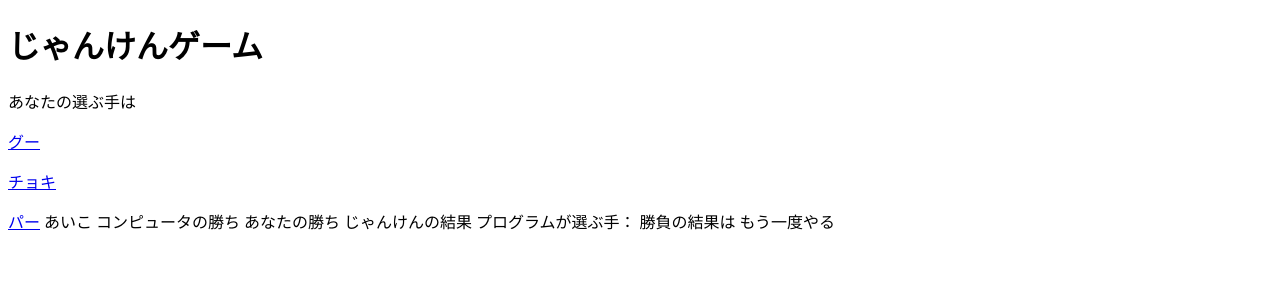
Repository: jh0612/2021_Azure_study
Page: Demoforme/Myproj2/src/main/webapp/Jyanken.html
An editor plug-in stored every save of this project. The page is shown before and after a run of saves, followed by the edit.
The browser window is 1280 px wide. The pictures show the whole page.

Above is the page before, as saved 2021-12-08 05:36:39.

After the next 5 saves:
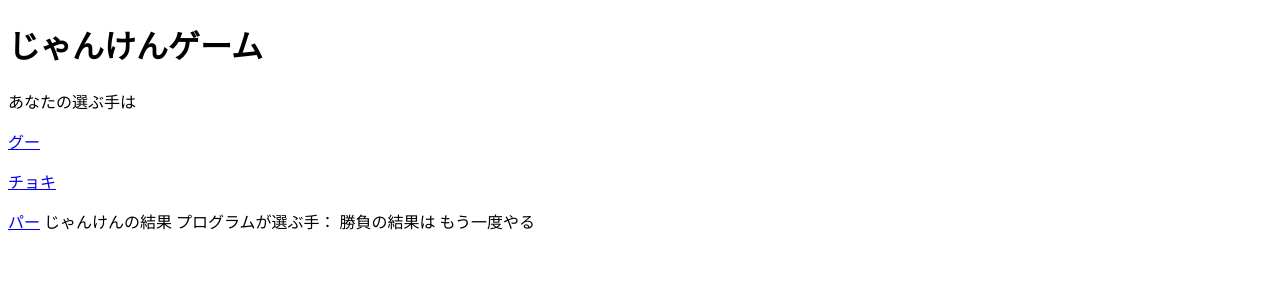
The 5 saves are shown as one change because 4 did not build or start.
The last was saved 3 min 11 s later.
--- a/Demoforme/Myproj2/src/main/webapp/Jyanken.html
+++ b/Demoforme/Myproj2/src/main/webapp/Jyanken.html
@@ -11,10 +11,6 @@
 	<p><a href="JyankenServlet?te=チョキ">チョキ</a>
 	<p><a href="JyankenServlet?te=パー">パー</a>
 
-
-あいこ
-コンピュータの勝ち
-あなたの勝ち
 じゃんけんの結果
 プログラムが選ぶ手：
 勝負の結果は
